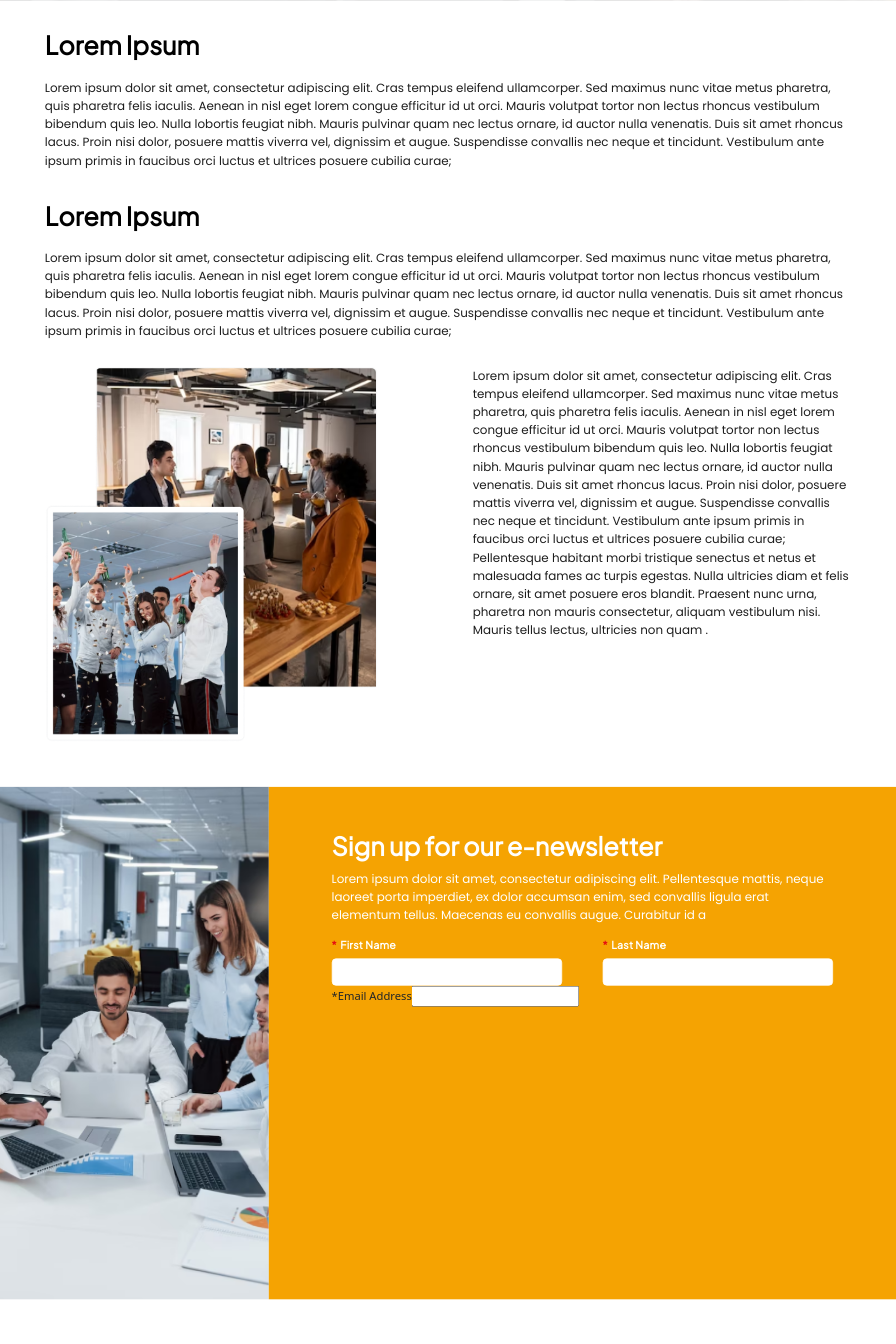
Repository: Akash8377/Hospitality-website
Page: /about-us
An editor plug-in stored every save of this project. The page is shown before and after a run of saves, followed by the edit.
The browser window is 1280 px wide. The pictures show the part of the page from y = 683 to 2603 px (the page is 2603 px tall), at 70% of full size.
Some web libraries are served in a nearby version. The project was rebuilt for these pictures with package versions that can differ from the ones it lists, and the page was loaded fresh each time. Also part of the build but not shown: src/Component/Partial/heading-cont.js, src/Component/Shared/about-us.js, src/Component/Shared/Banner.js, src/Component/Shared/popular-jobs.js, src/Component/Sliders/ServiceSlider.js, src/Component/Sliders/ReviewSlider.js, src/Component/Partial/index-banner.js, src/Component/Partial/index-buisness-banner.js and 2 more.

Above is the page before, as saved 2023-07-07 12:12:49.

After the next 3 saves:
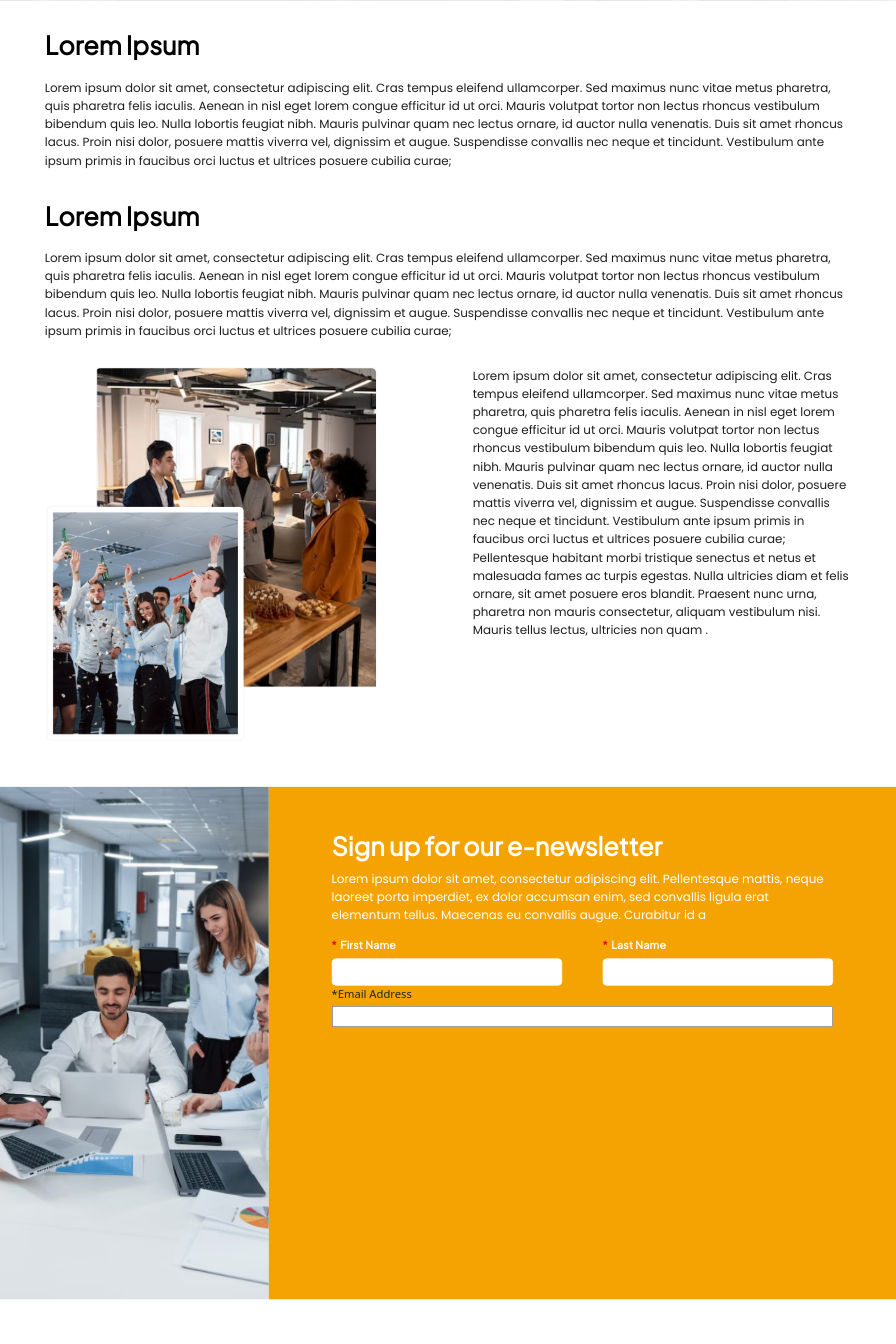
The 3 saves are shown as one change because they came seconds apart.
The last was saved 8 s later.
--- a/src/Css/Lap.css
+++ b/src/Css/Lap.css
@@ -842,6 +842,19 @@
 }
 .About-Us_Newsletter .right .content form .Single_Input div{
   width: 100%;
-
-
-}
+  display: flex;
+  flex-direction: column;
+  gap: 5px;
+}
+.About-Us_Newsletter .right .content form .Single_Input div{
+  width: 100%;
+  display: flex;
+  flex-direction: column;
+  gap: 5px;
+}
+.About-Us_Newsletter .right .content form .Single_Input div{
+  width: 100%;
+  display: flex;
+  flex-direction: column;
+  gap: 5px;
+}
